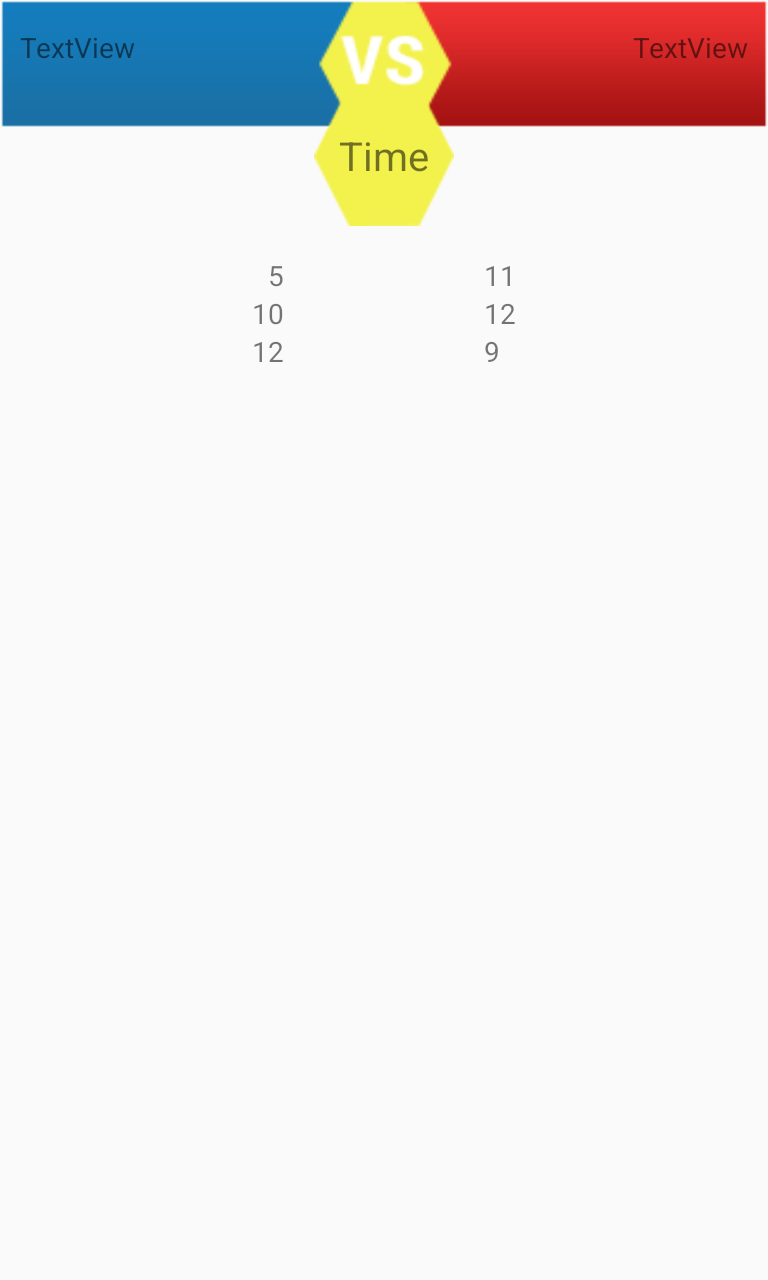
Repository: hackathon-2014/devdroid-repo
Layout: HealthyCompetition/res/layout/battlefield_layout.xml
An editor plug-in stored every save of this project. The layout is shown before and after the next save, followed by the edit.
It is drawn on a 768 x 1280 px phone screen (xhdpi) without system bars, with theme AppTheme; the app's code is not run.

Above is the layout before, as saved 2014-08-24 00:39:58.

After the next save:
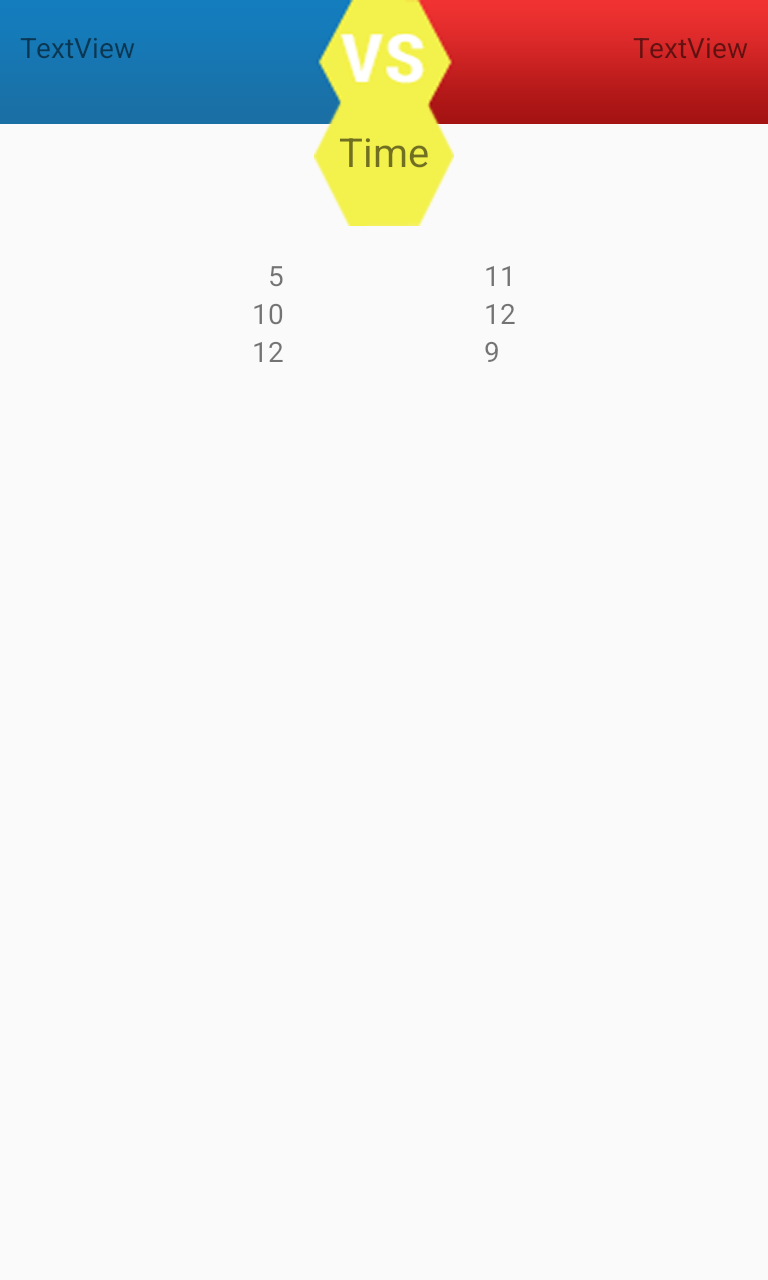
Saved 29 s later.
--- a/HealthyCompetition/res/layout/battlefield_layout.xml
+++ b/HealthyCompetition/res/layout/battlefield_layout.xml
@@ -13,7 +13,7 @@
             android:id="@+id/versus_image"
             android:layout_width="match_parent"
             android:layout_height="wrap_content"
-            android:background="@drawable/versus_banner_9" />
+            android:background="@drawable/vs_banner" />
 
         <TextView
             android:id="@+id/player_one_name"
